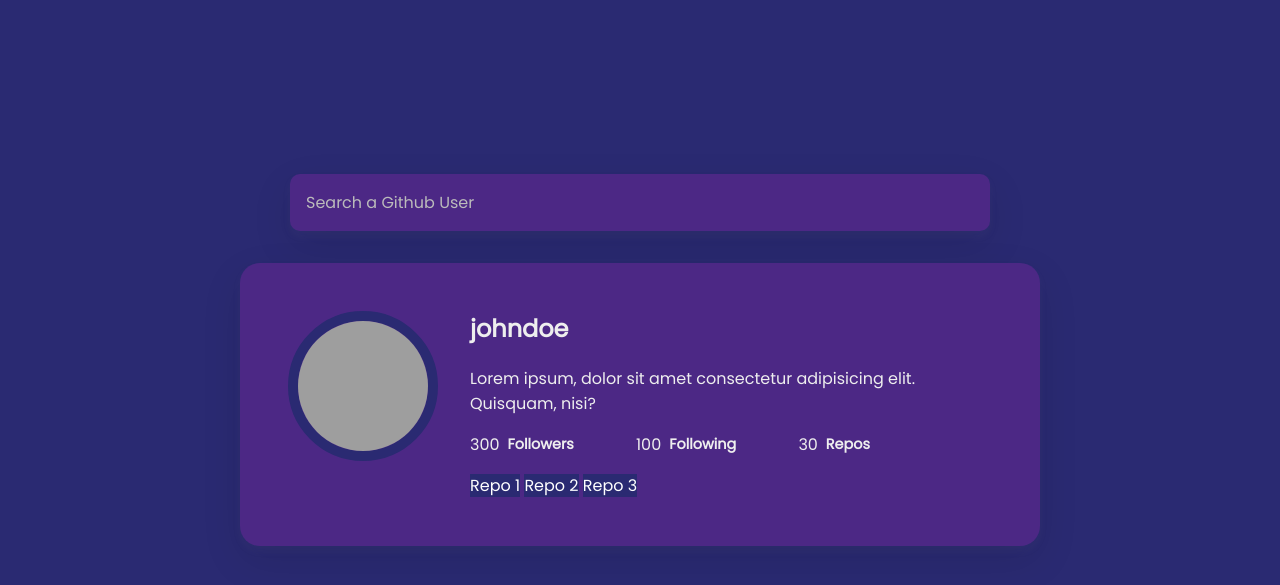
Repository: eagle-tex/50-projects-BT
Page: 28-github-profiles/index.html
The author's editor kept a copy of each file at every save. The page is drawn from the files as they stood at one save, then again after the next save.
The browser window is 1280 px wide. The pictures show the whole page.
Pictures or frames that could not be fetched are drawn as grey boxes.

Above is the page before, as saved 2021-01-23 11:09:36.

### 28-github-profiles/index.html
<!DOCTYPE html>
<html lang="en">

<head>
  <meta charset="UTF-8" />
  <meta name="viewport" content="width=device-width, initial-scale=1.0" />
  <link rel="stylesheet" href="style.css" />
  <title>Github Profiles</title>
</head>

<body>
  <form class="user-form" id="form">
    <input type="text" id="search" placeholder="Search a Github User">
  </form>

  <main id="main">
    <div class="card">
      <div>
        <img src="https://randomuser.me/api/portraits/men/30.jpg" alt="" class="avatar">
      </div>
      <div class="user-info">
        <h2>johndoe</h2>
        <p>Lorem ipsum, dolor sit amet consectetur adipisicing elit. Quisquam, nisi?</p>

        <ul>
          <li>300 <strong>Followers</strong></li>
          <li>100 <strong>Following</strong></li>
          <li>30 <strong>Repos</strong></li>
        </ul>

        <div id="repos">
          <a href="#" class="repo">Repo 1</a>
          <a href="#" class="repo">Repo 2</a>
          <a href="#" class="repo">Repo 3</a>
        </div>

      </div>
    </div>
  </main>

  <script src="script.js"></script>
</body>

</html>

### 28-github-profiles/style.css
@import url('https://fonts.googleapis.com/css2?family=Poppins:wght@200;400&display=swap');

:root {
  --body-bg: #2a2a72;
  --form-bg: #4c2885;
}

* {
  box-sizing: border-box;
}

body {
  background-color: var(--body-bg);
  color: #fff;
  font-family: 'Poppins', sans-serif;
  display: flex;
  flex-direction: column;
  align-items: center;
  justify-content: center;
  height: 100vh;
  overflow: hidden;
  margin: 0;
}

.user-form {
  width: 100%;
  max-width: 700px;
}

.user-form input {
  width: 100%;
  display: block;
  background-color: var(--form-bg);
  border: none;
  border-radius: 10px;
  -webkit-border-radius: 10px;
  -moz-border-radius: 10px;
  -ms-border-radius: 10px;
  -o-border-radius: 10px;
  color: #fff;
  padding: 1rem;
  margin-bottom: 2rem;
  font-family: inherit;
  font-size: 1rem;
  box-shadow: 0 5px 10px rgba(154, 160, 185, 0.05),
    0 15px 40px rgba(0, 0, 0, 0.1);
}

.user-form input::placeholder {
  color: #bbb;
}

.user-form input:focus {
  outline: none;
}

.card {
  max-width: 800px;
  background-color: var(--form-bg);
  border-radius: 20px;
  -webkit-border-radius: 20px;
  -moz-border-radius: 20px;
  -ms-border-radius: 20px;
  -o-border-radius: 20px;
  box-shadow: 0 5px 10px rgba(154, 160, 185, 0.05),
    0 15px 40px rgba(0, 0, 0, 0.1);
  display: flex;
  padding: 3rem;
  margin: 0 1.5rem;
}

.avatar {
  border-radius: 50%;
  -webkit-border-radius: 50%;
  -moz-border-radius: 50%;
  -ms-border-radius: 50%;
  -o-border-radius: 50%;
  border: 10px solid var(--body-bg);
  height: 150px;
  width: 150px;
}

.user-info {
  color: #eee;
  margin-left: 2rem;
}

.user-info h2 {
  margin-top: 0;
}

.user-info ul {
  list-style-type: none;
  display: flex;
  justify-content: space-between;
  padding: 0;
  max-width: 400px;
}

.user-info ul li {
  display: flex;
  align-items: center;
}

.user-info ul li strong {
  font-size: 0.9rem;
  margin-left: 0.5rem;
}

.repo {
  text-decoration: none;
  color: #fff;
  background-color: var(--body-bg);
}

Loaded but not shown: 28-github-profiles/script.js (no copy from this time; the picture is the same without it)

After the next save:
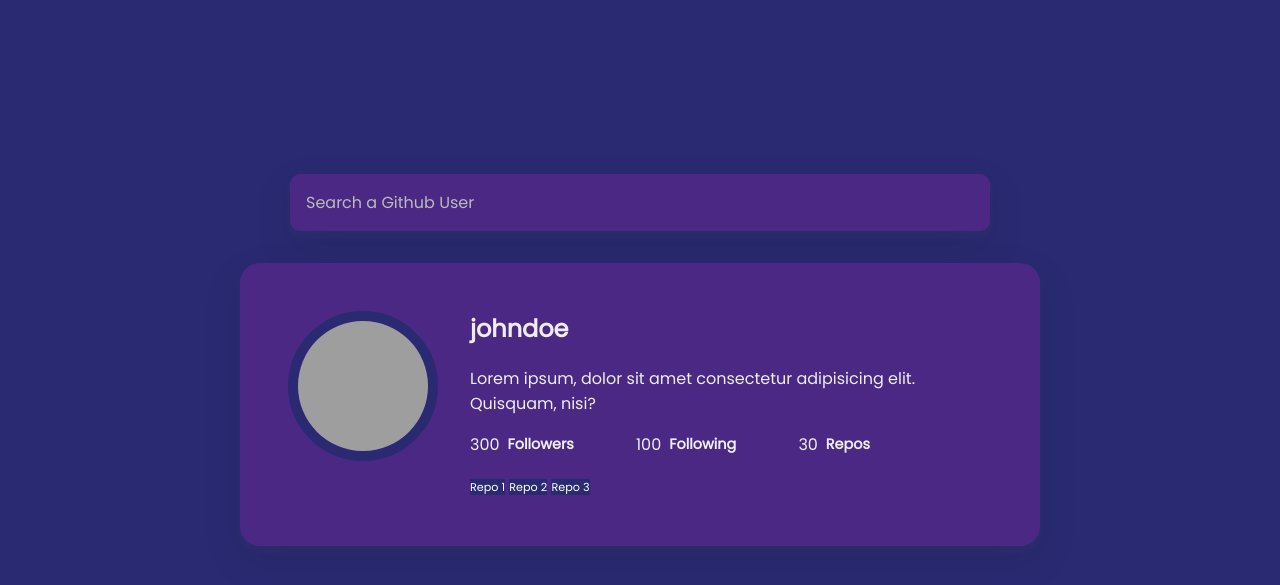
Saved 9 s later.
--- a/28-github-profiles/style.css
+++ b/28-github-profiles/style.css
@@ -111,4 +111,5 @@ body {
   text-decoration: none;
   color: #fff;
   background-color: var(--body-bg);
+  font-size: 0.7rem;
 }
